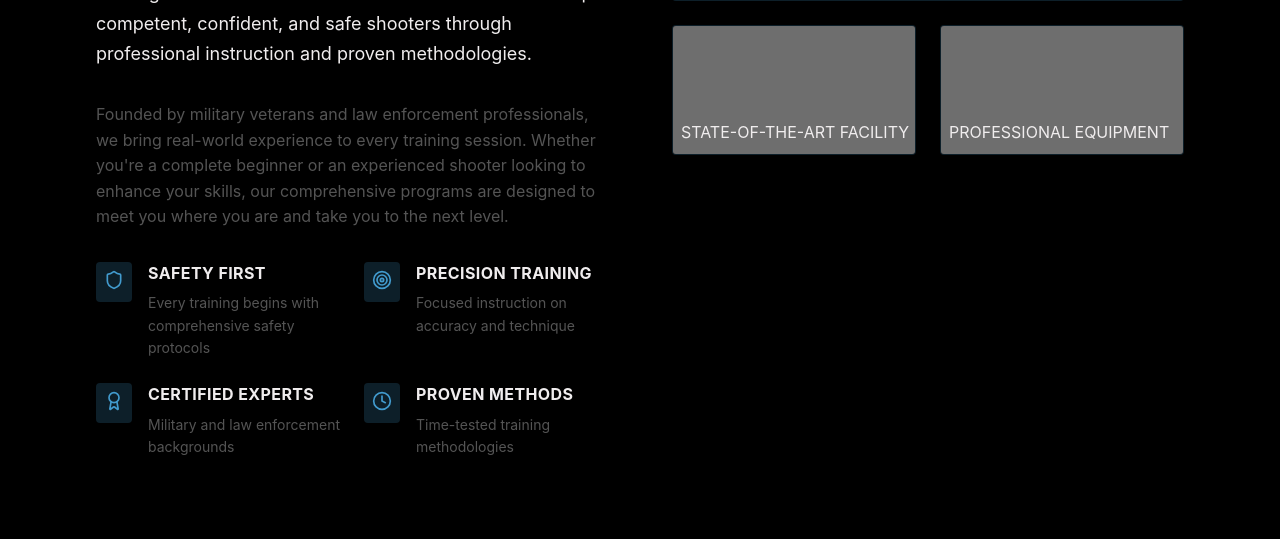
Repository: adinduokoro/Washington-Direct-Firearms-Training
Page: /
These files come from the project's save history. The page is drawn as it stood at one moment and after the next save; the edit follows.
The browser window is 1280 px wide. The pictures show the part of the page from y = 1073 to 1632 px (the page is 1612 px tall before and 1632 px after).
Pictures or frames that could not be fetched are drawn as grey boxes. The project was rebuilt for these pictures with package versions that can differ from the ones it lists, and the page was loaded fresh each time. Also part of the build but not shown: src/components/whatWeOffer/WhatWeOffer.module.css.

Above is the page before, as saved 2025-07-14 12:48:49.

After the next save:
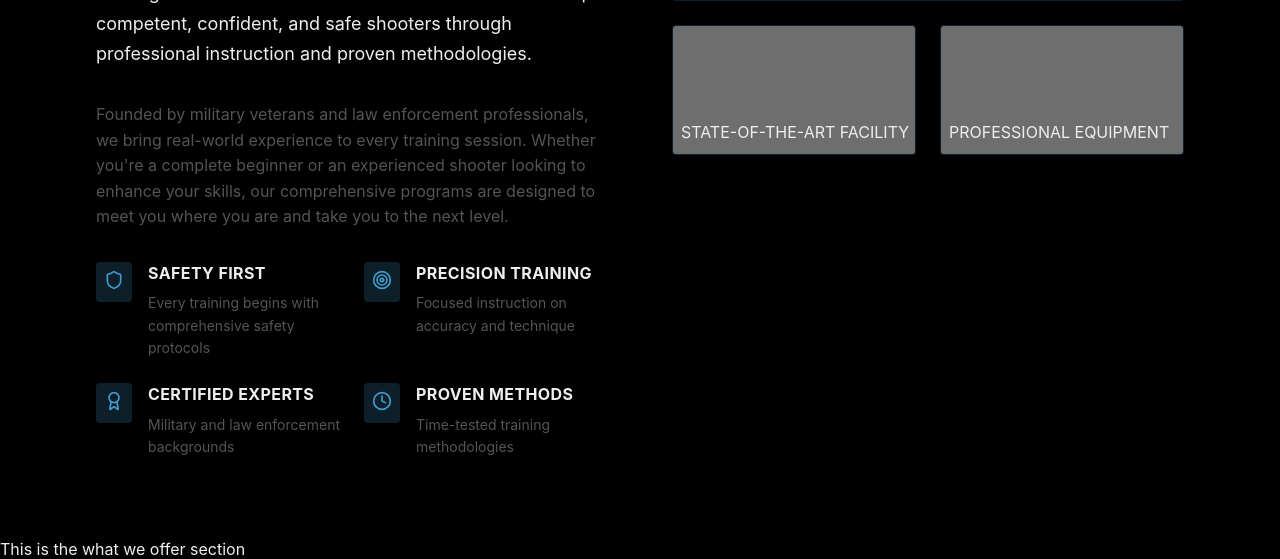
Saved 5 s later.
--- a/src/pages/homePage/HomePage.js
+++ b/src/pages/homePage/HomePage.js
@@ -1,5 +1,5 @@
 import React from 'react'
-import { AboutUs, Hero } from '../../components'
+import { AboutUs, Hero, WhatWeOffer } from '../../components'
 // import { Hero } from "./components/Hero";
 // import { AboutUs } from "./components/AboutUs";
 // import { WhatWeOffer } from "./components/WhatWeOffer";
@@ -14,7 +14,7 @@
     <div>
       <Hero />
       <AboutUs />
-
+      <WhatWeOffer />
     </div>
   )
 }
